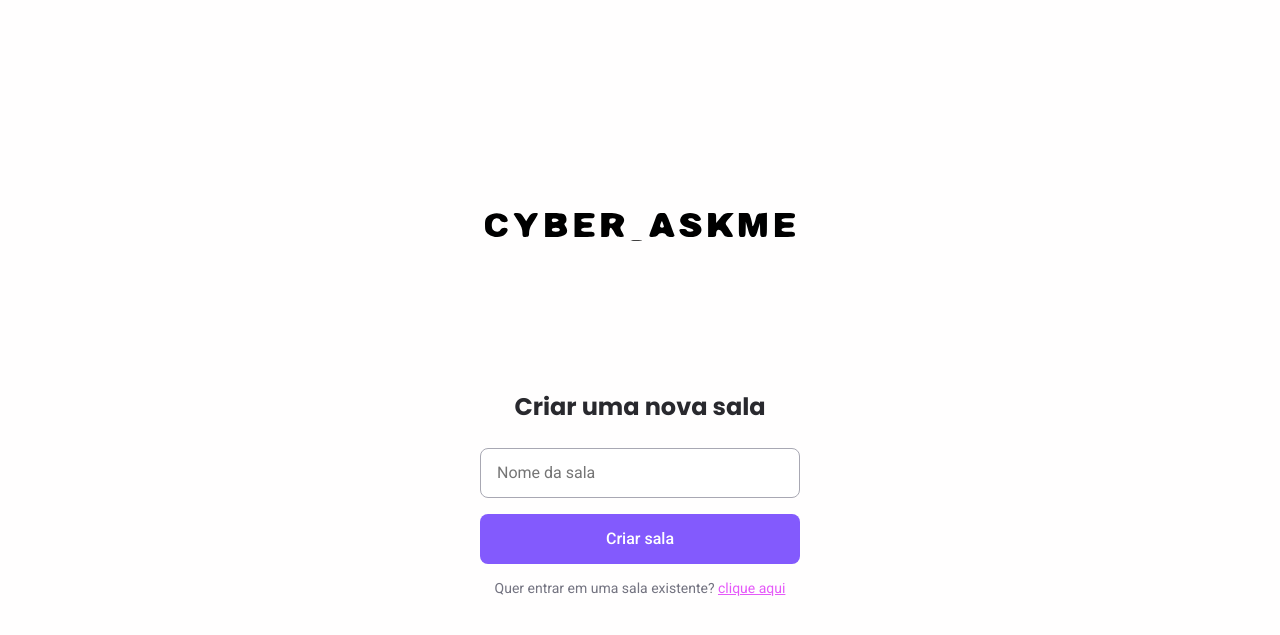
Repository: DevSecOpsRodrigo/cyberx
Page: /rooms/new
An editor plug-in stored every save of this project. The page is shown before and after the next save, followed by the edit.
The browser window is 1280 px wide. The pictures show the whole page.
The project was rebuilt for these pictures with package versions that can differ from the ones it lists, and the page was loaded fresh each time. Also part of the build but not shown: src/pages/Home.tsx, src/components/Question/styles.scss, src/components/Question/index.tsx, src/styles/room-code.scss, src/components/RoomCode.tsx, src/hooks/useRoom.ts, src/styles/room.scss, src/pages/Room.tsx and 1 more.

Above is the page before, as saved 2021-07-19 04:58:20.

### public/index.html
<!DOCTYPE html>
<html lang="en">
  <head>
    <meta charset="utf-8" />
    <meta name="viewport" content="width=device-width, initial-scale=1" />

    <link rel="preconnect" href="https://fonts.gstatic.com">
    <link href="https://fonts.googleapis.com/css2?family=Poppins:wght@400;700&family=Roboto:wght@400;500&display=swap" rel="stylesheet">

    <link rel="shortcut icon" href="favicon.png" />
    <title>Letmeask</title>
  </head>
  <body>
    <noscript>You need to enable JavaScript to run this app.</noscript>
    <div id="root"></div>
  </body>
</html>

### src/App.tsx
import { BrowserRouter, HashRouter, Route, Switch } from 'react-router-dom'

import { Home } from "./pages/Home";
import { NewRoom } from "./pages/NewRoom";
import { Room } from './pages/Room';
import { AdminRoom } from './pages/AdminRoom';

import { AuthContextProvider } from './contexts/AuthContext'

function App() {
  return (
   <HashRouter>
     <BrowserRouter>
       <AuthContextProvider>
         <Switch>
           <Route path="/" exact component={Home} />
           <Route path="/rooms/new" component={NewRoom} />
           <Route path="/rooms/:id" component={Room} />

           <Route path="/admin/rooms/:id" component={AdminRoom} />
         </Switch>
       </AuthContextProvider>
     </BrowserRouter>
    </HashRouter>
  );
}

export default App;

### src/services/firebase.ts
import firebase from 'firebase/app';

import 'firebase/auth';
import 'firebase/database';

const firebaseConfig = {
  apiKey: "AIzaSyB8s760YcuM7_H1orjfoDASmH31FOrPwCY",
  authDomain: "letmeask-projeto-a2916.firebaseapp.com",
  databaseURL: "https://letmeask-projeto-a2916-default-rtdb.firebaseio.com",
  projectId: "letmeask-projeto-a2916",
  storageBucket: "letmeask-projeto-a2916.appspot.com",
  messagingSenderId: "230011109510",
  appId: "1:230011109510:web:68f979985c181dc15bd107"
};


  firebase.initializeApp(firebaseConfig);

  export const auth = firebase.auth();
  export const database = firebase.database();

  export {firebase}

### src/styles/global.scss
* {
  margin: 0;
  padding: 0;
  box-sizing: border-box;
}

body {
  background: #fffefe;
  color: #29292e;
}

body, input, button, textarea {
  font: 400 16px 'Roboto', sans-serif;
}

### src/pages/NewRoom.tsx
import { FormEvent, useState } from 'react'
import { Link, useHistory } from 'react-router-dom'

import illustrationImg from '../assets/images/illustration.svg'
import logoImg from '../assets/images/logo.svg';

import { Button } from '../components/Button';
import { database } from '../services/firebase';
import { useAuth } from '../hooks/useAuth';

import '../styles/auth.scss';

export function NewRoom() {
  const { user } = useAuth()
  const history = useHistory()
  const [newRoom, setNewRoom] = useState('');

  async function handleCreateRoom(event: FormEvent) {
    event.preventDefault();

    if (newRoom.trim() === '') {
      return;
    }

    const roomRef = database.ref('rooms');

    const firebaseRoom = await roomRef.push({
      title: newRoom,
      authorId: user?.id,
    })

    history.push(`/rooms/${firebaseRoom.key}`)
  }

  return (
    <div id="page-auth">
      <main>
        <div className="main-content">
          <img src={logoImg} alt="Letmeask" />
          <h2>Criar uma nova sala</h2>
          <form onSubmit={handleCreateRoom}>
            <input
              type="text"
              placeholder="Nome da sala"
              onChange={event => setNewRoom(event.target.value)}
              value={newRoom}
            />
            <Button type="submit">
              Criar sala
            </Button>
          </form>
          <p>
            Quer entrar em uma sala existente? <Link to="/">clique aqui</Link>
          </p>
        </div>
      </main>
    </div>
  )
}

### src/contexts/AuthContext.tsx
import { createContext, ReactNode, useEffect, useState } from "react";
import { auth, firebase } from "../services/firebase";

type User = {
  id: string;
  name: string;
  avatar: string;
}

type AuthContextType = {
  user: User | undefined;
  signInWithGoogle: () => Promise<void>;
}

type AuthContextProviderProps = {
  children: ReactNode;
}

export const AuthContext = createContext({} as AuthContextType);

export function AuthContextProvider(props: AuthContextProviderProps) {
  const [user, setUser] = useState<User>();

  useEffect(() => {
    const unsubscribe = auth.onAuthStateChanged(user => {
      if (user) {
        const { displayName, photoURL, uid } = user

        if (!displayName || !photoURL) {
          throw new Error('Missing information from Google Account.');
        }

        setUser({
          id: uid,
          name: displayName,
          avatar: photoURL
        })
      }
    })

    return () => {
      unsubscribe();
    }
  }, [])

  async function signInWithGoogle() {
    const provider = new firebase.auth.GoogleAuthProvider();

    const result = await auth.signInWithPopup(provider);

    if (result.user) {
      const { displayName, photoURL, uid } = result.user

      if (!displayName || !photoURL) {
        throw new Error('Missing information from Google Account.');
      }

      setUser({
        id: uid,
        name: displayName,
        avatar: photoURL
      })
    }
  }

  return (
    <AuthContext.Provider value={{ user, signInWithGoogle }}>
      {props.children}
    </AuthContext.Provider>
  );
}

### src/styles/auth.scss
#page-auth {
  display: flex;
  align-items: stretch;
  height: 100vh;

  aside {
    flex: 7;

    background: #835afd;
    color: rgb(255, 255, 255);

    display: flex;
    flex-direction: column;
    justify-content: center;

    padding: 120px 80px;

    img {
      max-width: 320px;
    }

    strong {
      font: 700 36px 'Poppins', sans-serif;
      line-height: 42px;
      margin-top: 16px;
    }

    p {
      font-size: 24px;
      line-height: 32px;
      margin-top: 16px;
      color: #f8f8f8;
    }
  }

  main {
    flex: 8;

    padding: 0 32px;

    display: flex;
    align-items: center;
    justify-content: center;
  }

  .main-content {
    display: flex;
    flex-direction: column;
    width: 100%;
    max-width: 320px;
    align-items: stretch;
    text-align: center;

    > img {
      align-self: center;
    }

    h2 {
      font-size: 24px;
      margin: 64px 0 24px;
      font-family: 'Poppins', sans-serif;
    }

    form {
      input {
        height: 50px;
        border-radius: 8px;
        padding: 0 16px;
        background: #FFF;
        border: 1px solid #a8a8b3;
      }

      button {
        margin-top: 16px;
      }

      button, input {
        width: 100%;
      }
    }

    p {
      font-size: 14px;
      color: #737380;
      margin-top: 16px;

      a {
        color: #e559f9;
      }
    }
  }

  .create-room {
    margin-top: 64px;
    height: 50px;
    border-radius: 8px;
    font-weight: 500;
    background: #ea4335;
    color: rgb(255, 255, 255);

    display: flex;
    justify-content: center;
    align-items: center;

    cursor: pointer;
    border: 0;

    transition: filter 0.2s;

    img {
      margin-right: 8px;
    }

    &:hover {
      filter: brightness(0.9);
    }
  }

  .separator {
    font-size: 14px;
    color: #a8a8b3;

    margin: 32px 0;
    display: flex;
    align-items: center;

    &::before {
      content: '';
      flex: 1;
      height: 1px;
      background: #a8a8b3;
      margin-right: 16px;
    }

    &::after {
      content: '';
      flex: 1;
      height: 1px;
      background: #a8a8b3;
      margin-left: 16px;
    }
  }
}

Loaded but not shown: src/index.tsx (common file); src/components/Button.tsx (common file); src/hooks/useAuth.ts (common file); src/styles/button.scss (common file)

After the next save:
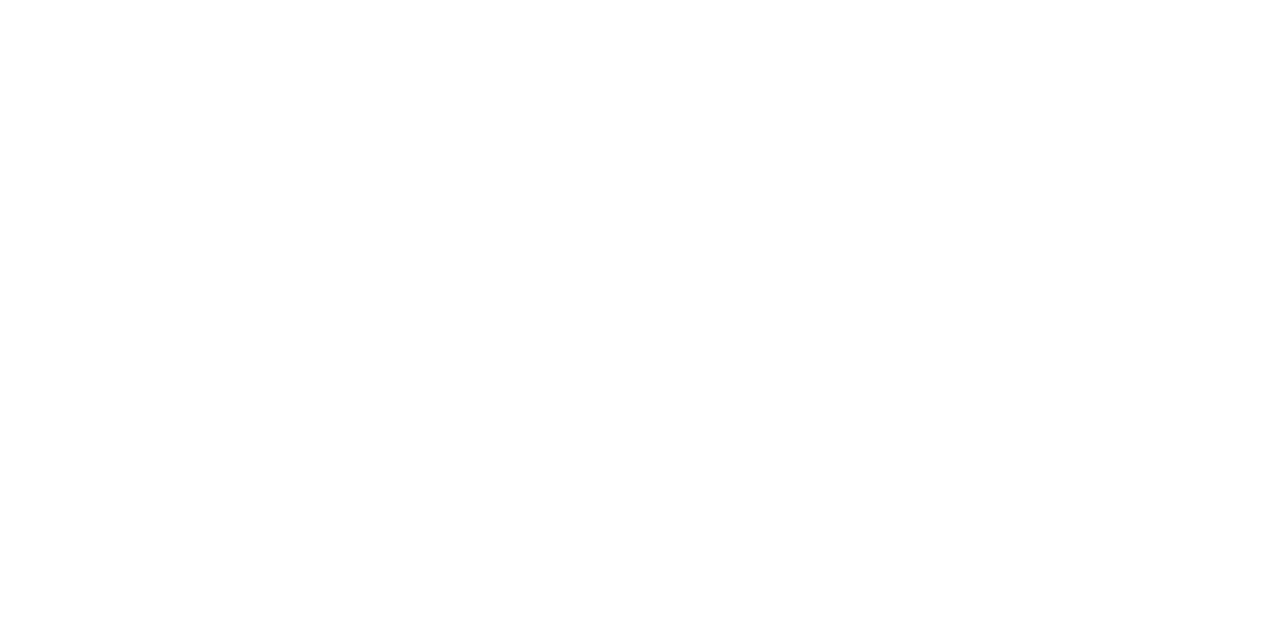
Saved 84 s later.
--- a/public/index.html
+++ b/public/index.html
@@ -8,7 +8,7 @@
     <link href="https://fonts.googleapis.com/css2?family=Poppins:wght@400;700&family=Roboto:wght@400;500&display=swap" rel="stylesheet">
 
     <link rel="shortcut icon" href="favicon.png" />
-    <title>Letmeask</title>
+    <title>Cyber/title>
   </head>
   <body>
     <noscript>You need to enable JavaScript to run this app.</noscript>

After the save that followed:
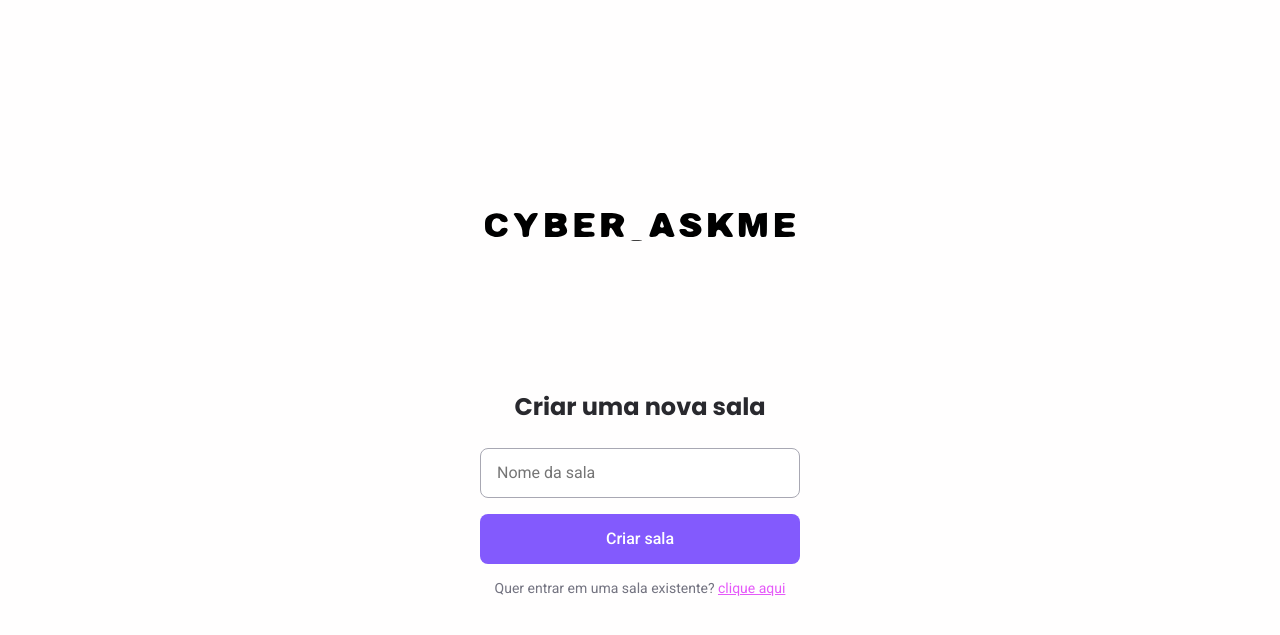
Saved 6 s later.
--- a/public/index.html
+++ b/public/index.html
@@ -8,7 +8,7 @@
     <link href="https://fonts.googleapis.com/css2?family=Poppins:wght@400;700&family=Roboto:wght@400;500&display=swap" rel="stylesheet">
 
     <link rel="shortcut icon" href="favicon.png" />
-    <title>Cyber/title>
+    <title>Cyber</title>
   </head>
   <body>
     <noscript>You need to enable JavaScript to run this app.</noscript>
